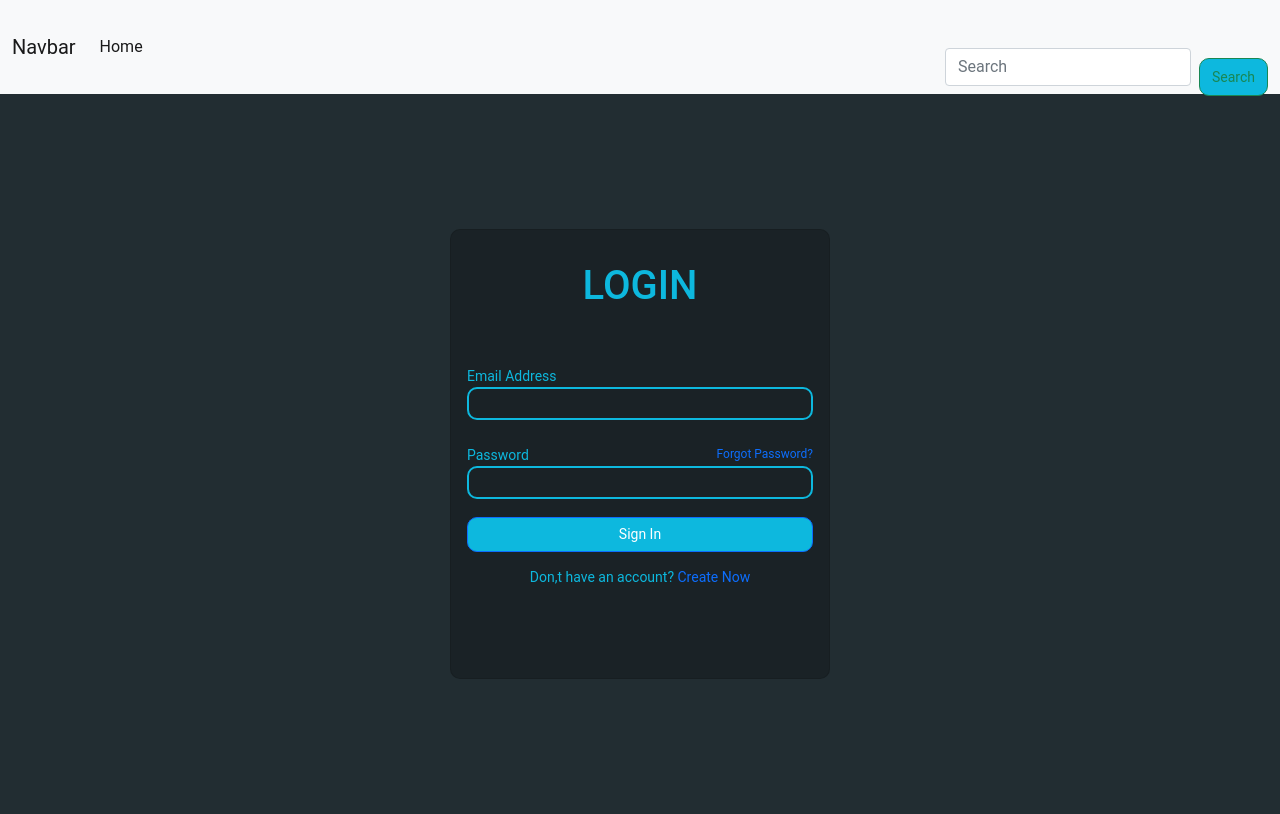
Repository: zjria/Bootstrap_logIn_1
Page: LoginPage/index.html
These files come from the project's save history. The page is drawn as it stood at one moment and after the next save; the edit follows.
The browser window is 1280 px wide. The pictures show the whole page.

Above is the page before, as saved 2022-06-19 07:20:50.

After the next save:
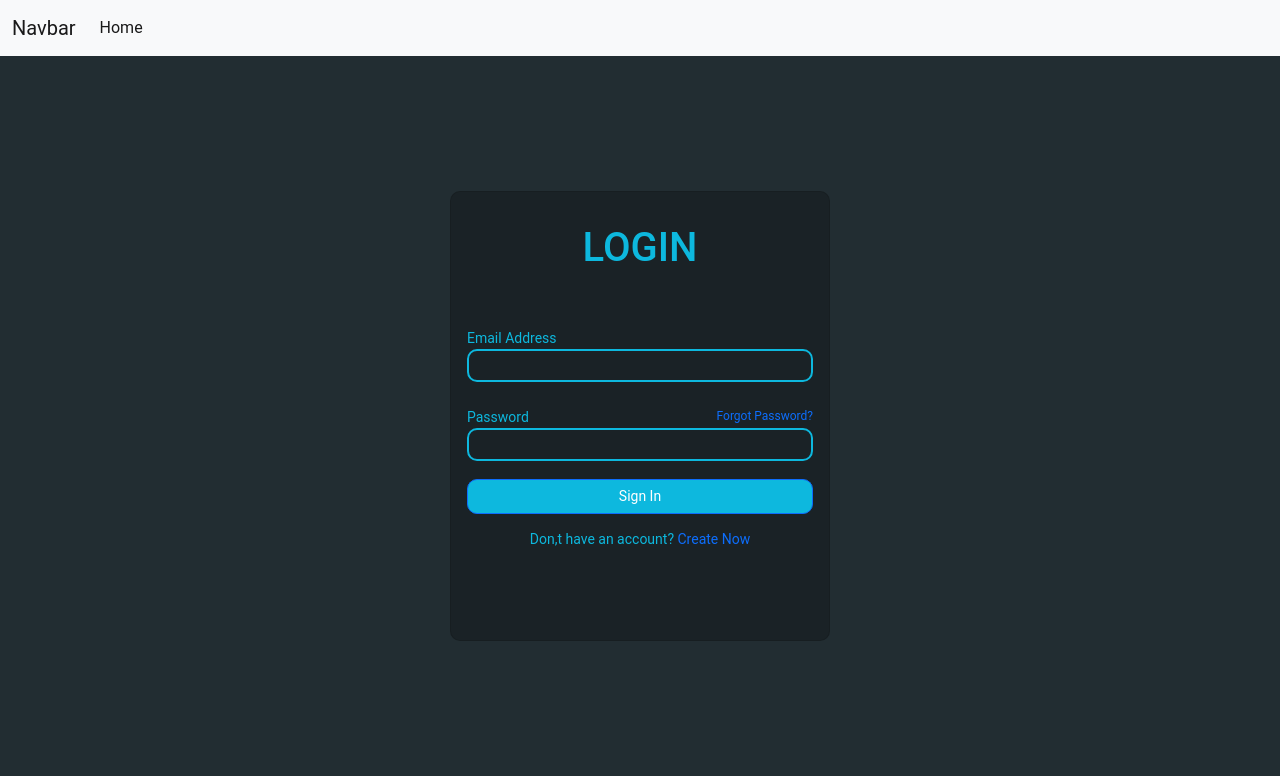
Saved 14 s later.
--- a/LoginPage/index.html
+++ b/LoginPage/index.html
@@ -47,10 +47,10 @@
                 <a class="nav-link disabled" href="#" tabindex="-1" aria-disabled="true">Disabled</a>
               </li> -->
             </ul>
-            <form class="d-flex">
+            <!-- <form class="d-flex">
               <input class="form-control me-2" type="search" placeholder="Search" aria-label="Search">
               <button class="btn btn-outline-success" type="submit">Search</button>
-            </form>
+            </form> -->
           </div>
         </div>
       </nav>
